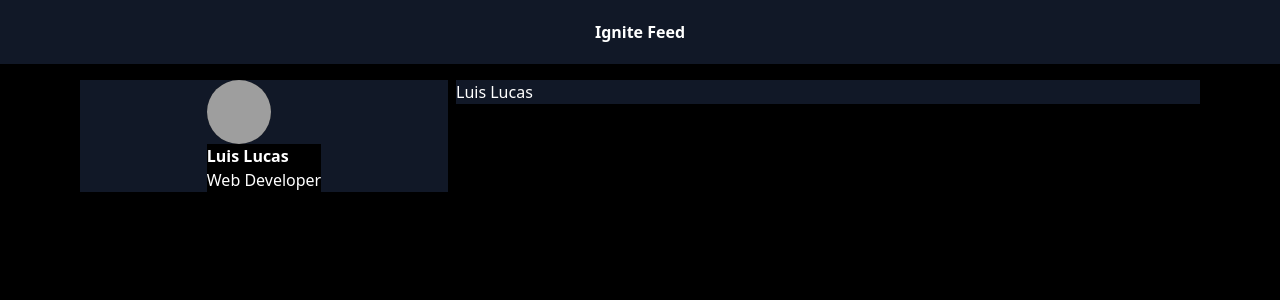
Repository: LuisSempre/ignite-feed
Page: /
The author's editor kept a copy of each file at every save. The page is drawn from the files as they stood at one save, then again after a run of saves.
The browser window is 1280 px wide. The pictures show the whole page.
Pictures or frames that could not be fetched are drawn as grey boxes. The project was rebuilt for these pictures with package versions that can differ from the ones it lists, and the page was loaded fresh each time. Also part of the build but not shown: vite.config.js.

Above is the page before, as saved 2022-07-13 21:28:26.

### src/App.jsx
import { Header } from "./Components/Header"
import { Sidebar } from "./Components/Sidebar"
function App() {
  return (
    <div>
      <Header />
      <div className="max-w-6xl mx-auto p-4 grid grid-cols-3 gap-2 items-start">
        <Sidebar />
        <div className="bg-gray-900 col-span-2">
          Luis Lucas
        </div>
      </div>
    </div>
  );
}

export default App;

### src/index.css
@tailwind base;
@tailwind components;
@tailwind utilities;

* {
    @apply bg-black text-white;
}

### src/Components/Header.jsx
export function Header() {
  return (
    <div className="flex max-w-7xl items-center justify-center h-16 bg-gray-900">
      <h1 className="font-bold bg-gray-900">Ignite Feed</h1>
    </div>
  )
}

### src/Components/Sidebar.jsx
export function Sidebar() {
  return (
    <div className="bg-gray-900 justify-center grid items-center">
      <img
        className="w-16 h-16 rounded-full"
        src="https://avatars.githubusercontent.com/u/32404639?v=4"
        alt=""
      />

      <strong>Luis Lucas</strong>
      <span>Web Developer</span>
    </div>
  );
}

Loaded but not shown: index.html (common file); src/main.jsx (common file); tailwind.config.js (common file)

After the next 2 saves:
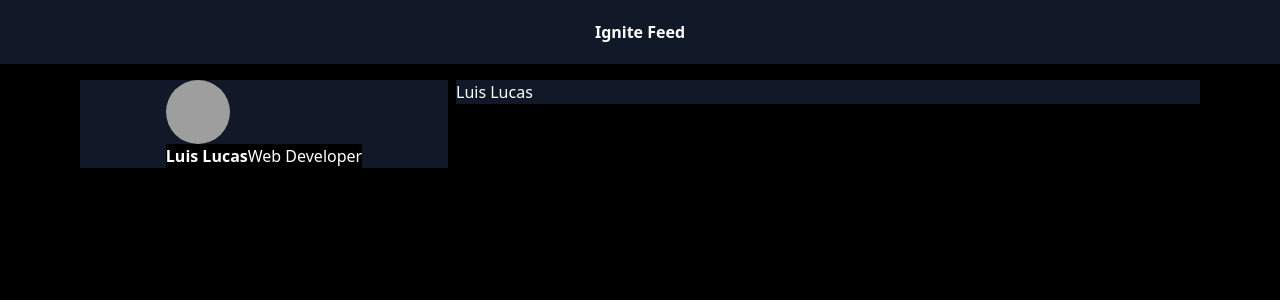
The 2 saves are shown as one change because they came seconds apart.
The last was saved 14 s later.
--- a/src/Components/Sidebar.jsx
+++ b/src/Components/Sidebar.jsx
@@ -6,9 +6,10 @@
         src="https://avatars.githubusercontent.com/u/32404639?v=4"
         alt=""
       />
-
-      <strong>Luis Lucas</strong>
-      <span>Web Developer</span>
+      <div>
+        <strong>Luis Lucas</strong>
+        <span>Web Developer</span>
+      </div>
     </div>
   );
 }

After the 2 saves that followed:
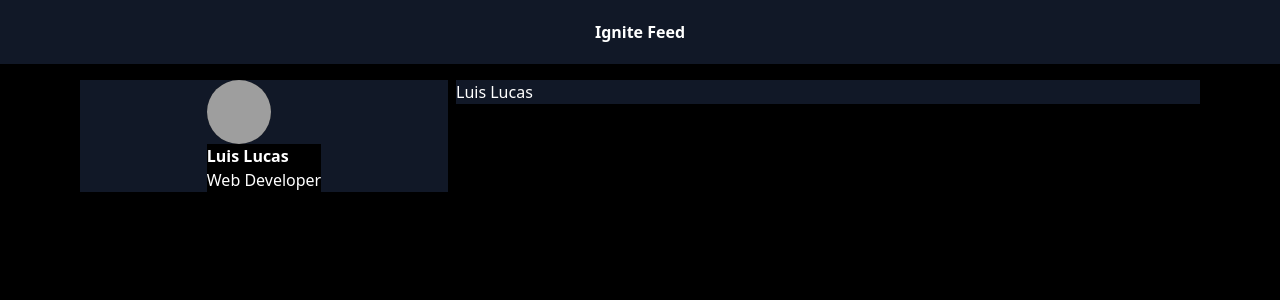
The 2 saves are shown as one change because they came seconds apart.
The last was saved 17 s later.
--- a/src/Components/Sidebar.jsx
+++ b/src/Components/Sidebar.jsx
@@ -6,10 +6,8 @@
         src="https://avatars.githubusercontent.com/u/32404639?v=4"
         alt=""
       />
-      <div>
-        <strong>Luis Lucas</strong>
-        <span>Web Developer</span>
-      </div>
+      <strong>Luis Lucas</strong>
+      <span>Web Developer</span>
     </div>
   );
 }
